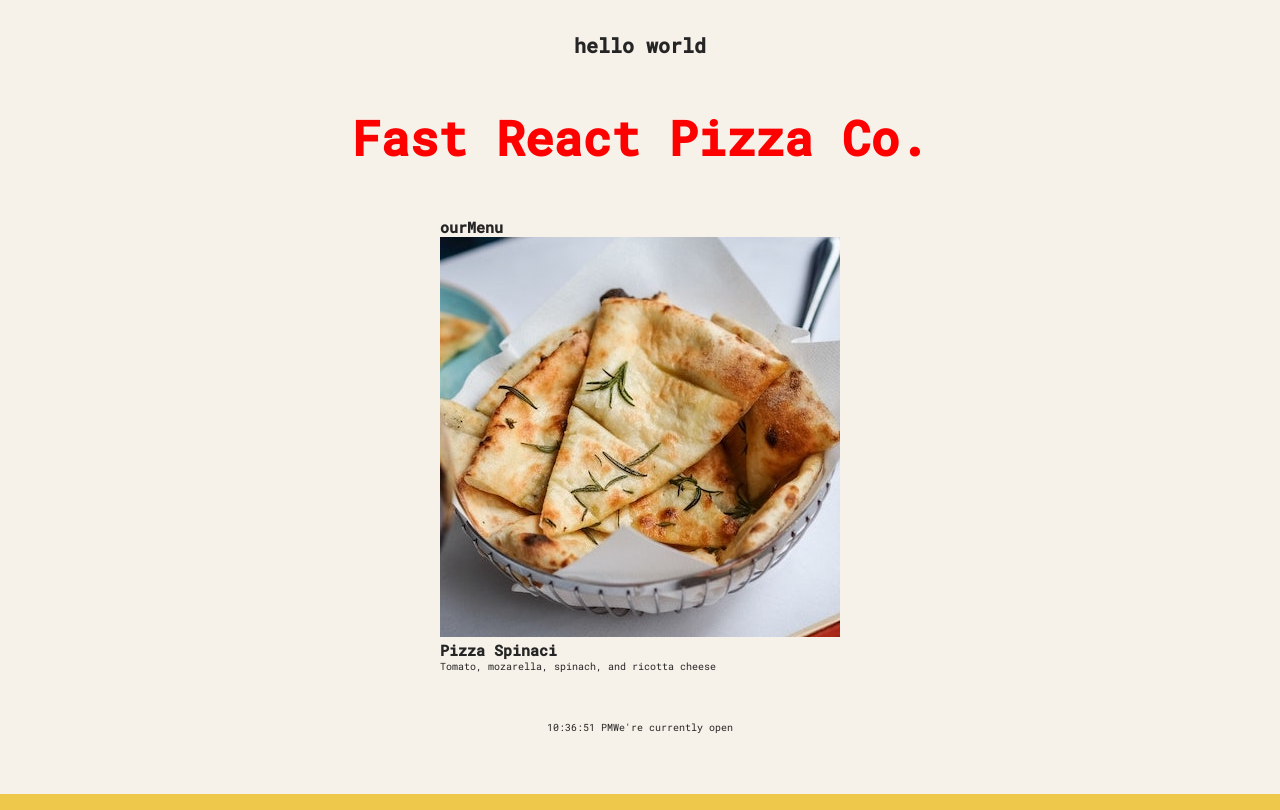
Repository: DhaWork/1-react-dasar-udemy-25
Page: /
The author's editor kept a copy of each file at every save. The page is drawn from the files as they stood at one save, then again after the next save.
The browser window is 1280 px wide. The pictures show the whole page.
The project was rebuilt for these pictures with package versions that can differ from the ones it lists, and the page was loaded fresh each time.

Above is the page before, as saved 2025-04-02 11:48:48.

### src/index.js
import react from "react";
import ReactDOM from "react-dom/client";
import "./index.css";

const pizzaData = [
  {
    name: "Focaccia",
    ingredients: "Bread with italian olive oil and rosemary",
    price: 6,
    photoName: "pizzas/focaccia.jpg",
    soldOut: false,
  },
  {
    name: "Pizza Margherita",
    ingredients: "Tomato and mozarella",
    price: 10,
    photoName: "pizzas/margherita.jpg",
    soldOut: false,
  },
  {
    name: "Pizza Spinaci",
    ingredients: "Tomato, mozarella, spinach, and ricotta cheese",
    price: 12,
    photoName: "pizzas/spinaci.jpg",
    soldOut: false,
  },
  {
    name: "Pizza Funghi",
    ingredients: "Tomato, mozarella, mushrooms, and onion",
    price: 12,
    photoName: "pizzas/funghi.jpg",
    soldOut: false,
  },
  {
    name: "Pizza Salamino",
    ingredients: "Tomato, mozarella, and pepperoni",
    price: 15,
    photoName: "pizzas/salamino.jpg",
    soldOut: true,
  },
  {
    name: "Pizza Prosciutto",
    ingredients: "Tomato, mozarella, ham, aragula, and burrata cheese",
    price: 18,
    photoName: "pizzas/prosciutto.jpg",
    soldOut: false,
  },
];

function App() {
  return (
    <div className="container">
      <h1>hello world</h1>
      <Header />
      <Menu />
      <Footer />
    </div>
  );
}

function Header() {
    const style = {color:"red", fontSize:"48px", textTransfrom: "uppercase"};

  return (
    // <header className="header">
      <h1 style={style}>Fast React Pizza Co.</h1>
    // </header>
  );
}

function Menu() {
    return (
        <div>
            <h2> ourMenu</h2>
            <Pizza />
        </div>
    )

}

function Footer() {
    const hour = new Date().getHours();
    const openHour = 8;
    const closeHour = 22;
    const isOpen = hour >= openHour && hour <= closeHour;
    // console.log(isOpen);

    // if (hour>= openHour && hour <=closeHour) alert ("we're open!");
    //     else alert("we're closed")

    return (
        <footer> {new Date().toLocaleTimeString()}
            We're currently open
        </footer>
    )
}

function Pizza() {
  return (
    <div>
        <img src="pizzas/focaccia.jpg" alt="pizza spinaci" />
      <h2>Pizza Spinaci</h2>
      <p>
        Tomato, mozarella, spinach, and ricotta cheese
      </p>
    </div>
  );
}

const root = ReactDOM.createRoot(document.getElementById("root"));
root.render(<App />);

Loaded but not shown: public/index.html (common file); src/index.css (common file)

After the next save:
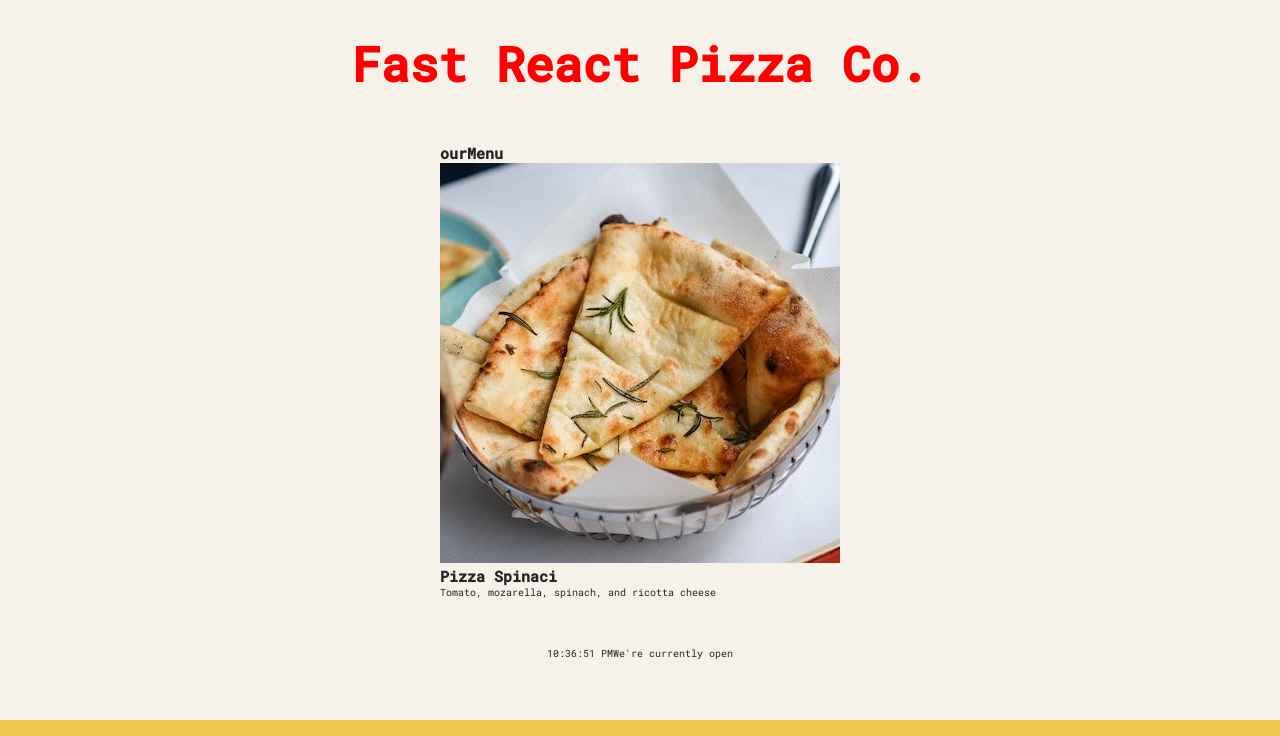
Saved 4 s later.
--- a/src/index.js
+++ b/src/index.js
@@ -50,7 +50,6 @@ const pizzaData = [
 function App() {
   return (
     <div className="container">
-      <h1>hello world</h1>
       <Header />
       <Menu />
       <Footer />
